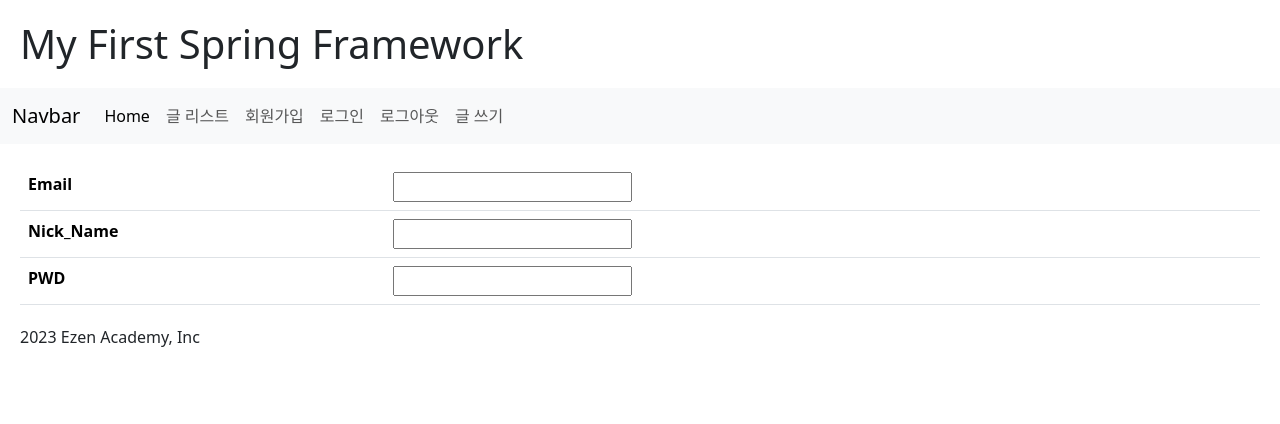
Repository: jinho0717/spring
Page: http://localhost/springProject/WEB-INF/views/member/modify.jsp
The author's editor kept a copy of each file at every save. The page is drawn from the files as they stood at one save, then again after the next save.
The browser window is 1280 px wide. The pictures show the whole page.
The page is served by Tomcat 9. Nobody is signed in. The template is opened directly, without the code that normally fills it, so the values that code supplies are empty.

Above is the page before, as saved 2023-10-31 07:45:16.

After the next save:
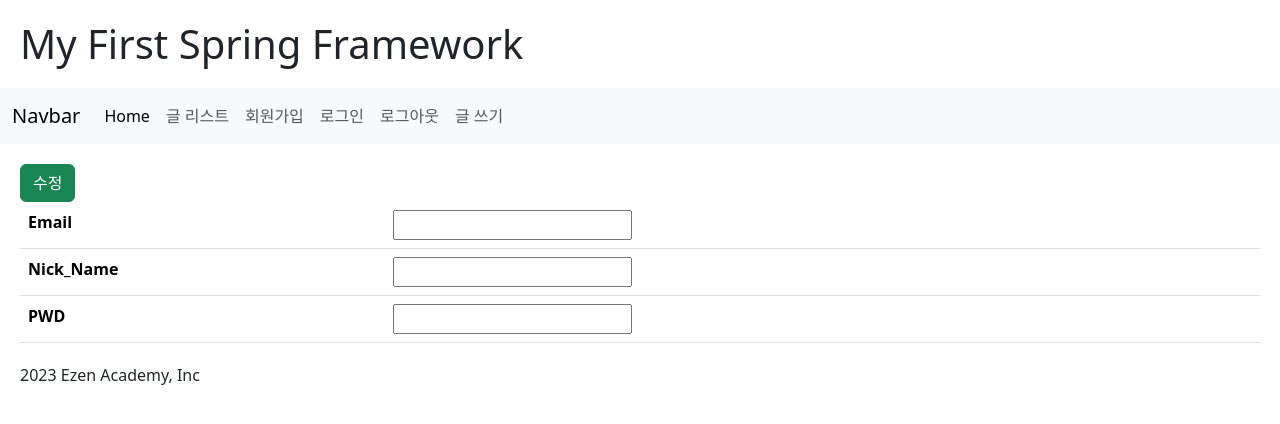
Saved 88 s later.
--- a/springProject/src/main/webapp/WEB-INF/views/member/modify.jsp
+++ b/springProject/src/main/webapp/WEB-INF/views/member/modify.jsp
@@ -25,7 +25,7 @@
 			<th>PWD</th>
 			<td><input type="text" name="pwd" value="${mvo.pwd }"></td>
 			</tr>
-
+			<button type="submit" class="btn btn-success" id="regBtn">수정</button>
 		</table>
 
 	</form>
